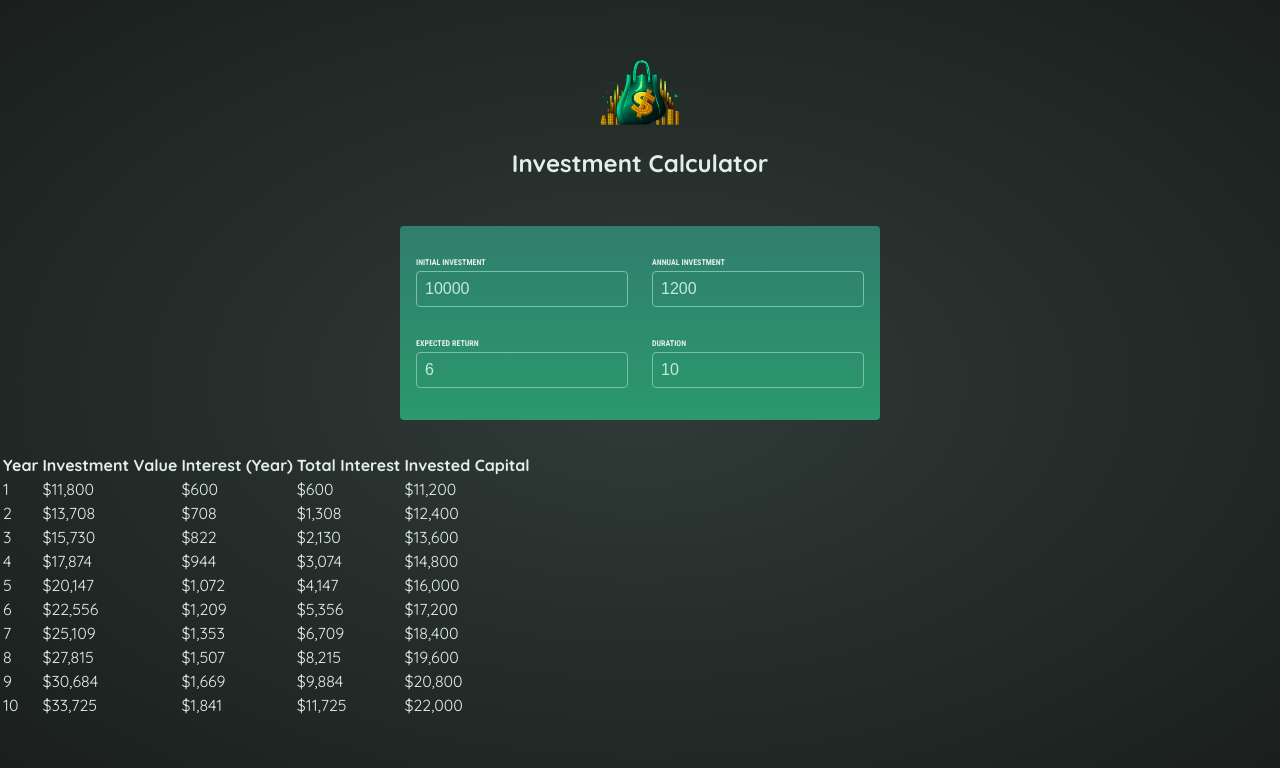
Repository: ooluchi/prac-investment-calculator
Page: /
An editor plug-in stored every save of this project. The page is shown before and after the next save, followed by the edit.
The browser window is 1280 px wide. The pictures show the whole page.
The project was rebuilt for these pictures with package versions that can differ from the ones it lists, and the page was loaded fresh each time. Also part of the build but not shown: vite.config.js.

Above is the page before, as saved 2024-11-13 15:18:16.

After the next save:
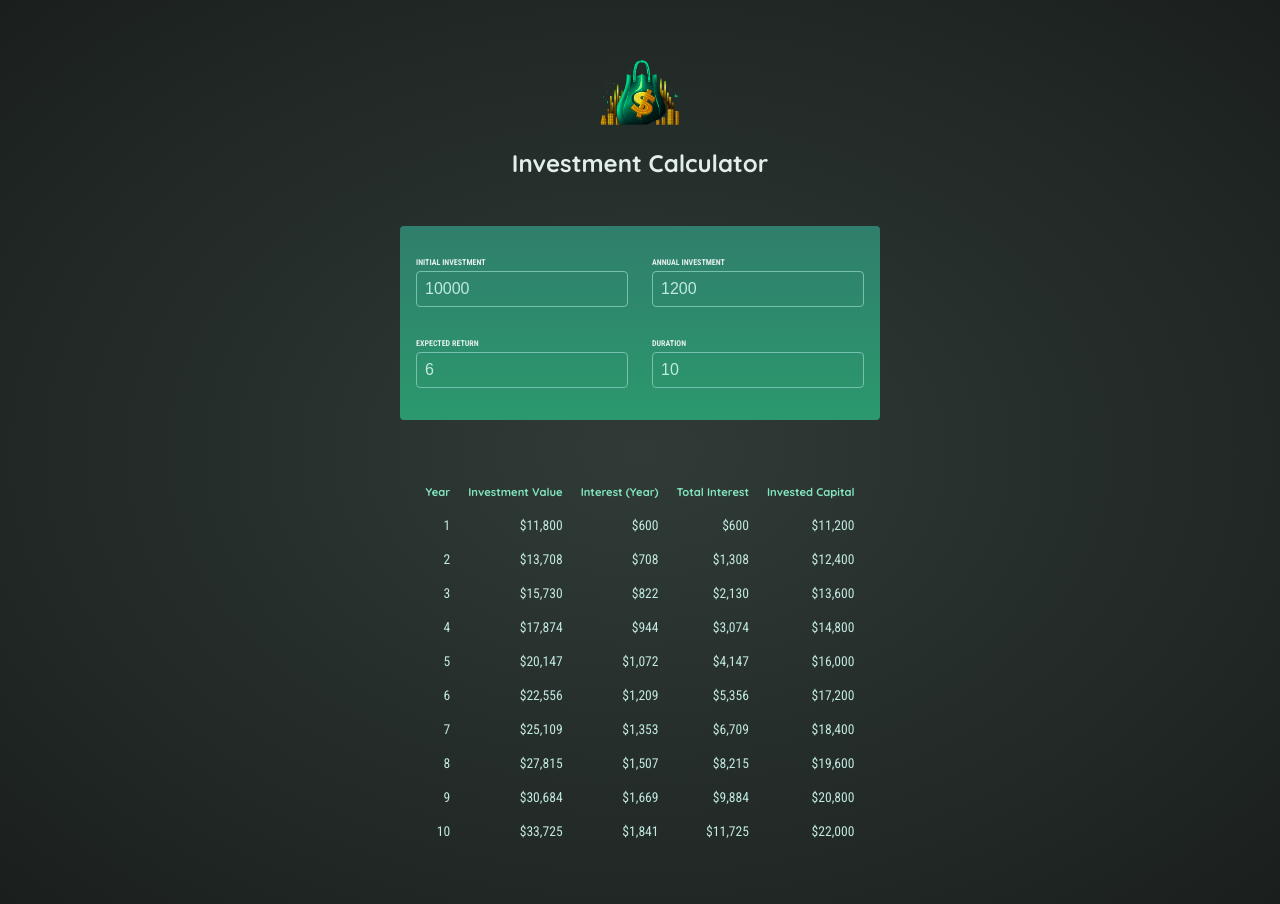
Saved 80 s later.
--- a/src/components/Results.jsx
+++ b/src/components/Results.jsx
@@ -8,7 +8,7 @@ export default function Results ({ input }) {
     resultsData[0].annualInvestment
 
     return(
-        <table id="results">
+        <table id="result">
             <thead>
                 <tr>
                     <th>Year</th>
